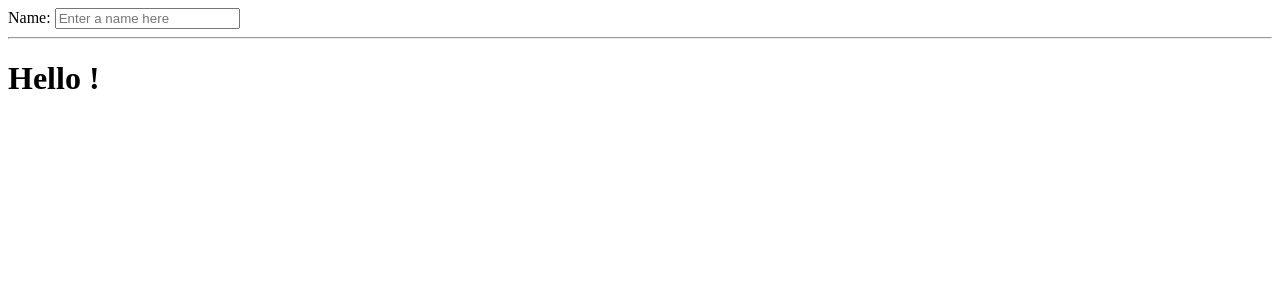
Repository: KrishnaDV/Angular_SPA
Page: Angular/WebContent/Hello.html
These files come from the project's save history. The page is drawn as it stood at one moment and after the next save; the edit follows.
The browser window is 1280 px wide. The pictures show the whole page.
Some web libraries are served in a nearby version.

Above is the page before, as saved 2017-05-11 18:56:08.

### Angular/WebContent/Hello.html
<!DOCTYPE html PUBLIC "-//W3C//DTD HTML 4.01 Transitional//EN" "http://www.w3.org/TR/html4/loose.dtd">
<html ng-app>
<head>
<meta http-equiv="Content-Type" content="text/html; charset=ISO-8859-1">
<script src = "https://ajax.googleapis.com/ajax/libs/angularjs/1.3.3/angular.min.js"></script>
<title>Insert title here</title>
</head>
<body >
<div>
         <label>Name:</label>
         <input type = "text" ng-model = "yourName" placeholder = "Enter a name here">
         <hr />

         <h1>Hello {{yourName}}!</h1>
      </div>


</body>
</html>

After the next save:
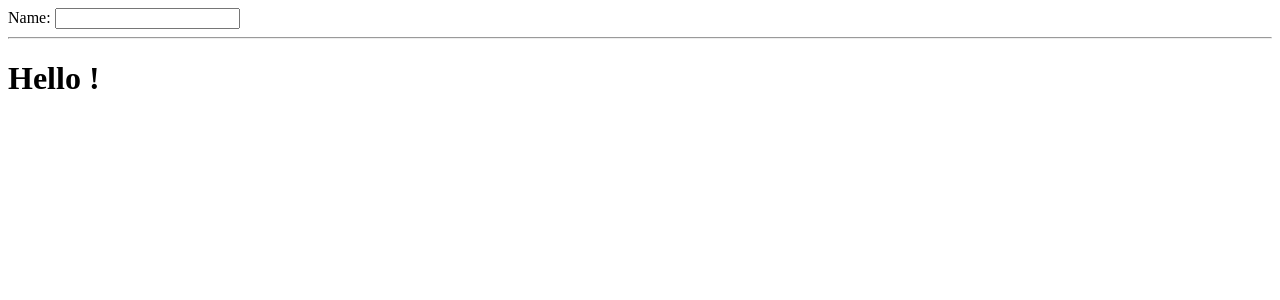
Saved 96 min 38 s later.
--- a/Angular/WebContent/Hello.html
+++ b/Angular/WebContent/Hello.html
@@ -8,7 +8,7 @@
 <body >
 <div>
          <label>Name:</label>
-         <input type = "text" ng-model = "yourName" placeholder = "Enter a name here">
+         <input type = "text" ng-model = "yourName">
          <hr />
 
          <h1>Hello {{yourName}}!</h1>
